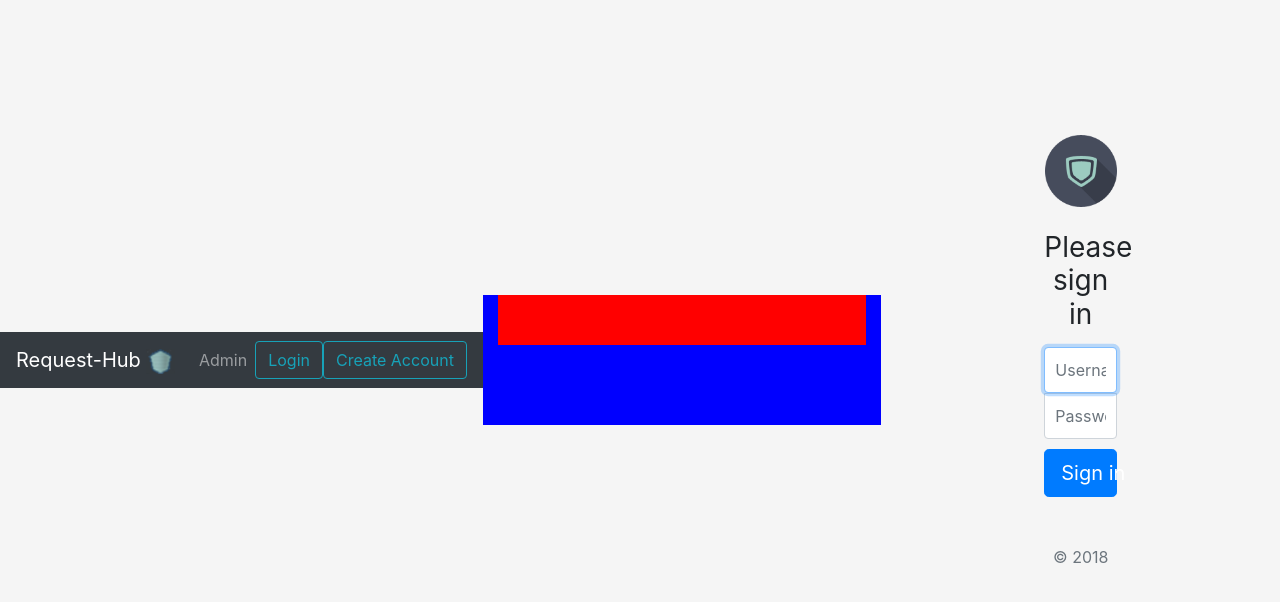
Repository: DonWhelan/Request-Hub
Page: http://localhost/view/userLogin.php
The author's editor kept a record of every edit. The page is drawn from the files as they stood at one moment, then again after the next edit.
The browser window is 1280 px wide. The pictures show the whole page.
The page is run by PHP 8.4 with error messages shown; the project is at /var/www/html/.

Above is the page before.

After the next edit:
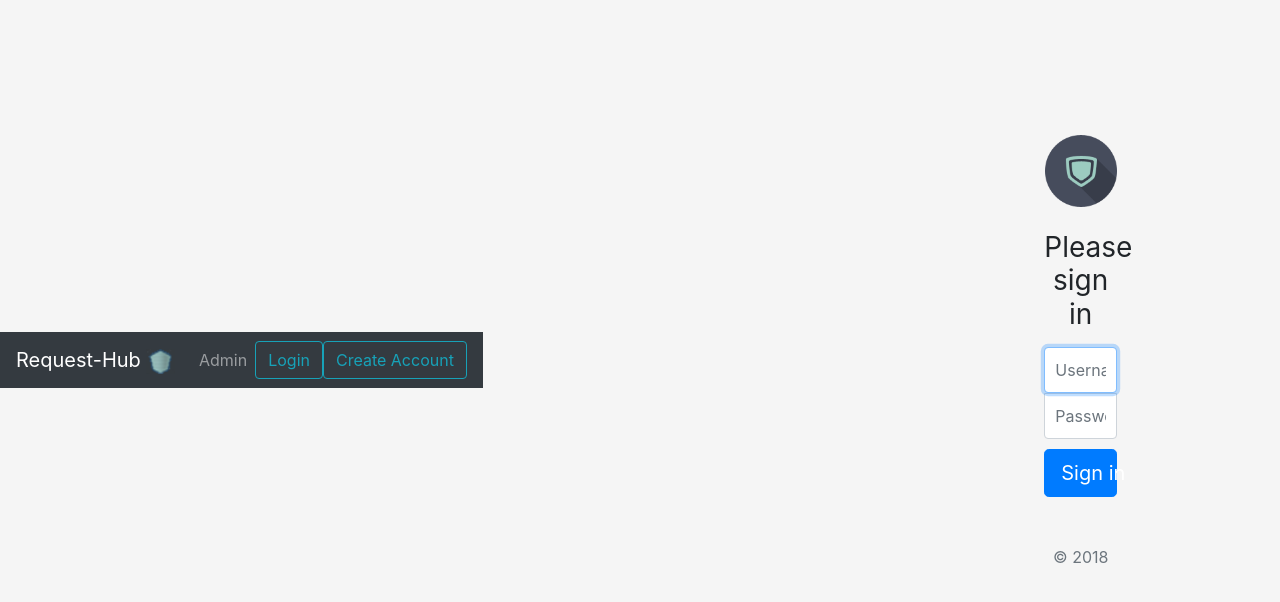
The edit:
--- a/view/userLogin.php
+++ b/view/userLogin.php
@@ -25,8 +25,8 @@
 
     <div class="container">
         <div class="row">
-            <div class="col-sm-12" style="height:130px; background:blue">
-                <div id="messageBox" class="col-md-12" style="height:50px; background:red">
+            <div class="col-sm-12" style="height:130px">
+                <div id="messageBox" class="col-md-12" style="height:50px">
                     <?php include("../controler/messageBox.php"); ?>
                 </div>
             </div>
